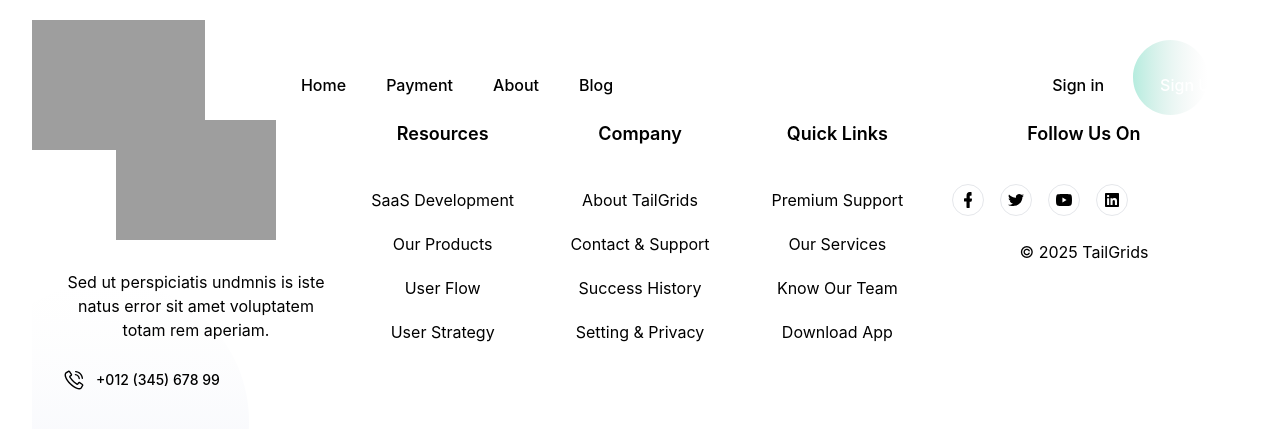
Repository: sayanroychaudhuri/React-One-Page-Ecommerce-Product-List
Page: /
The author's editor kept a copy of each file at every save. The page is drawn from the files as they stood at one save, then again after the next save.
The browser window is 1280 px wide. The pictures show the whole page.
Pictures or frames that could not be fetched are drawn as grey boxes. The page's requests for data from a server got no answer. The project was rebuilt for these pictures with package versions that can differ from the ones it lists, and the page was loaded fresh each time. No one was signed in, and anything a server would have sent is missing.

Above is the page before, as saved 2024-02-01 19:10:06.

After the next save:
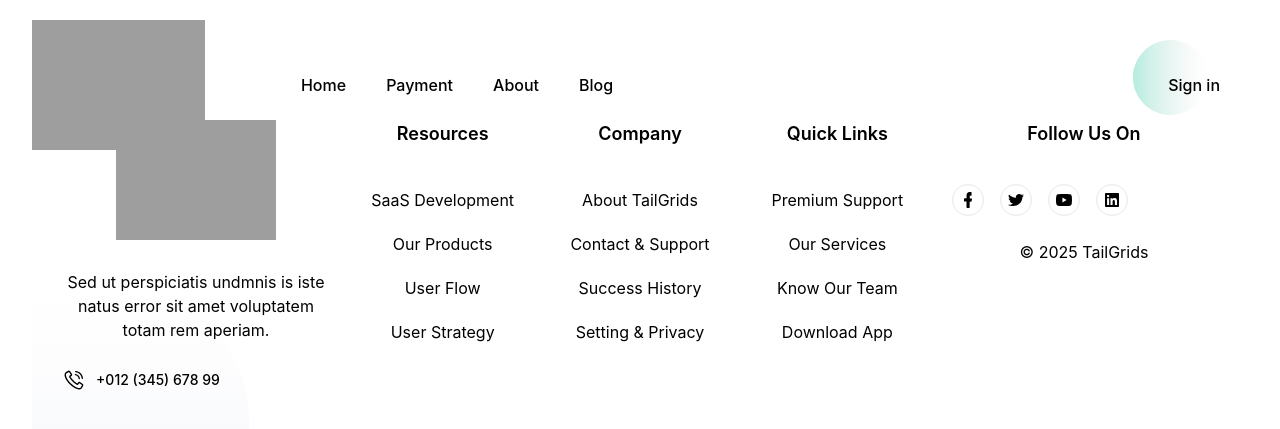
Saved 69 s later.
--- a/src/components/products/Header.js
+++ b/src/components/products/Header.js
@@ -65,13 +65,6 @@ const Navbar = () => {
               >
                 Sign in
               </a>
-
-              <a
-                href="/#"
-                className="rounded-lg bg-primary px-7 py-3 text-base font-medium text-white hover:bg-opacity-90"
-              >
-                Sign Up
-              </a>
             </div>
           </div>
         </div>
